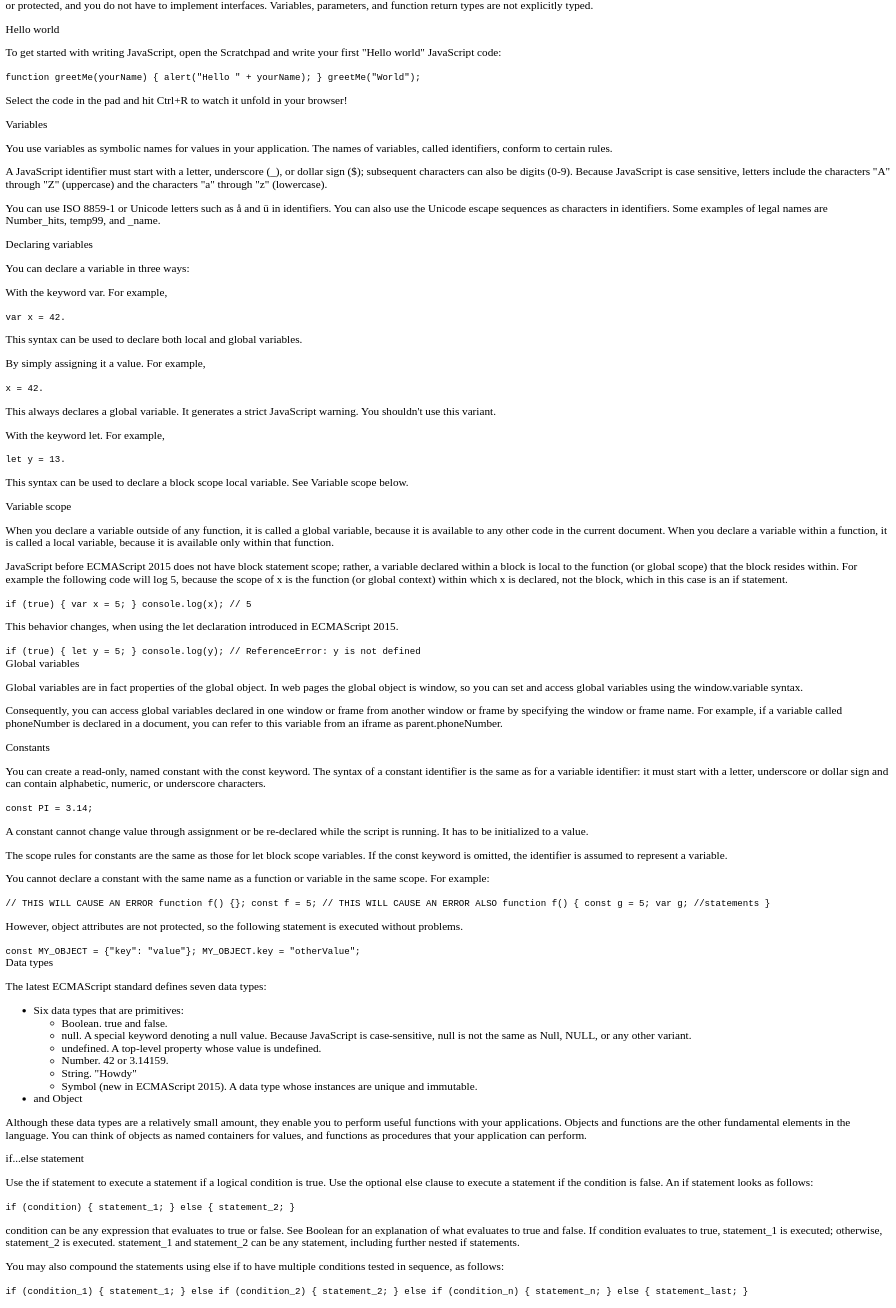
Repository: Lungdjos/technical_document_page_certificate
Page: index.html
These files come from the project's save history. The page is drawn as it stood at one moment and after the next save; the edit follows.
The browser window is 1280 px wide. The pictures show the part of the page from y = 842 to 2762 px (the page is 2710 px tall before and 2762 px after), at 70% of full size.

Above is the page before, as saved 2023-11-20 22:45:50.

After the next save:
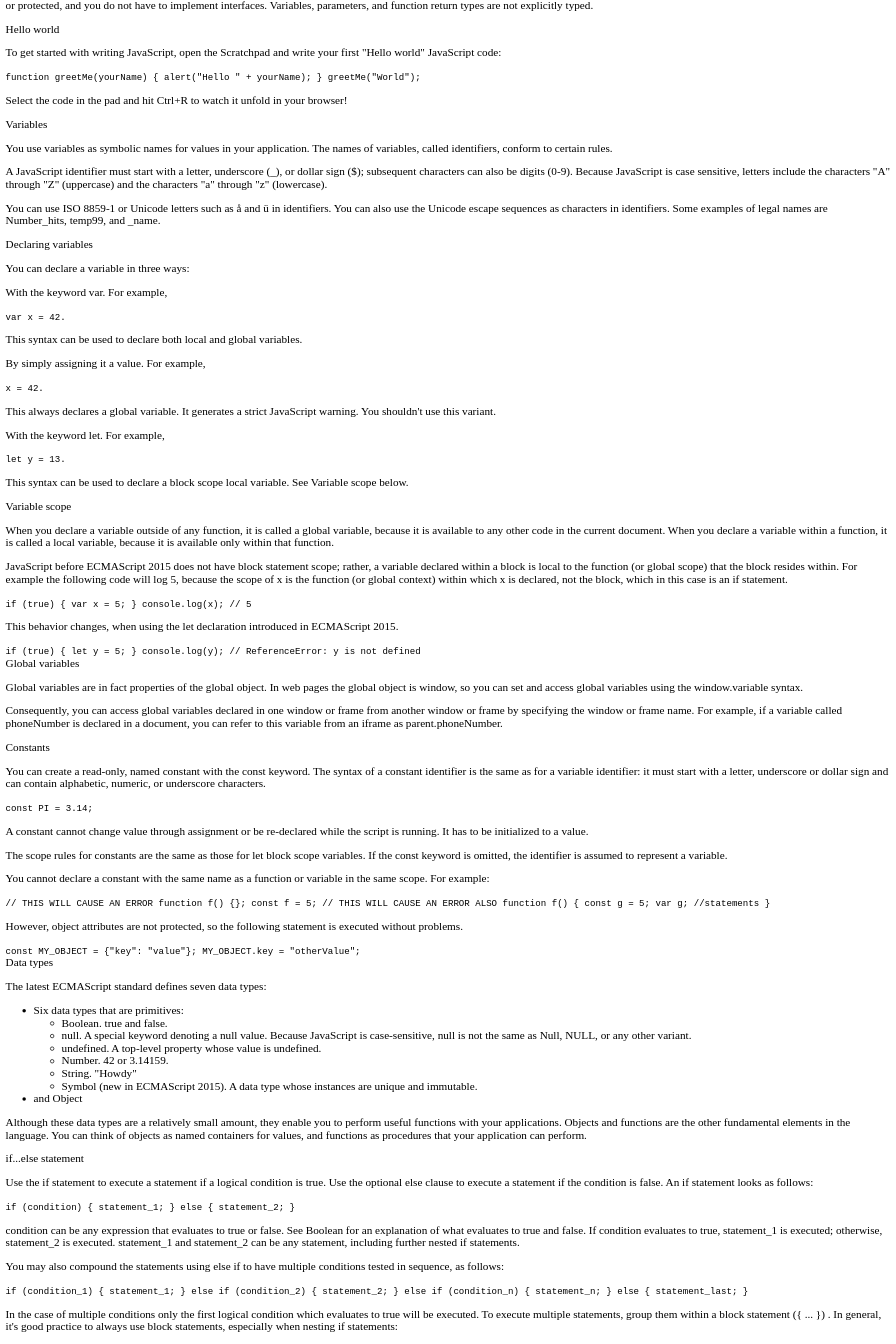
Saved 11 s later.
--- a/index.html
+++ b/index.html
@@ -186,7 +186,8 @@
             <code>if (condition_1) { statement_1; } else if (condition_2) {
                 statement_2; } else if (condition_n) { statement_n; } else {
                 statement_last; }</code>
-            <p></p>
+            <p>In the case of multiple conditions only the first logical condition which evaluates to true will be executed. To execute multiple statements, group them within a block statement ({ ... }) . In general, it's good practice to always use block
+                statements, especially when nesting if statements:</p>
             <code></code>
             <p></p>
             <code></code>
